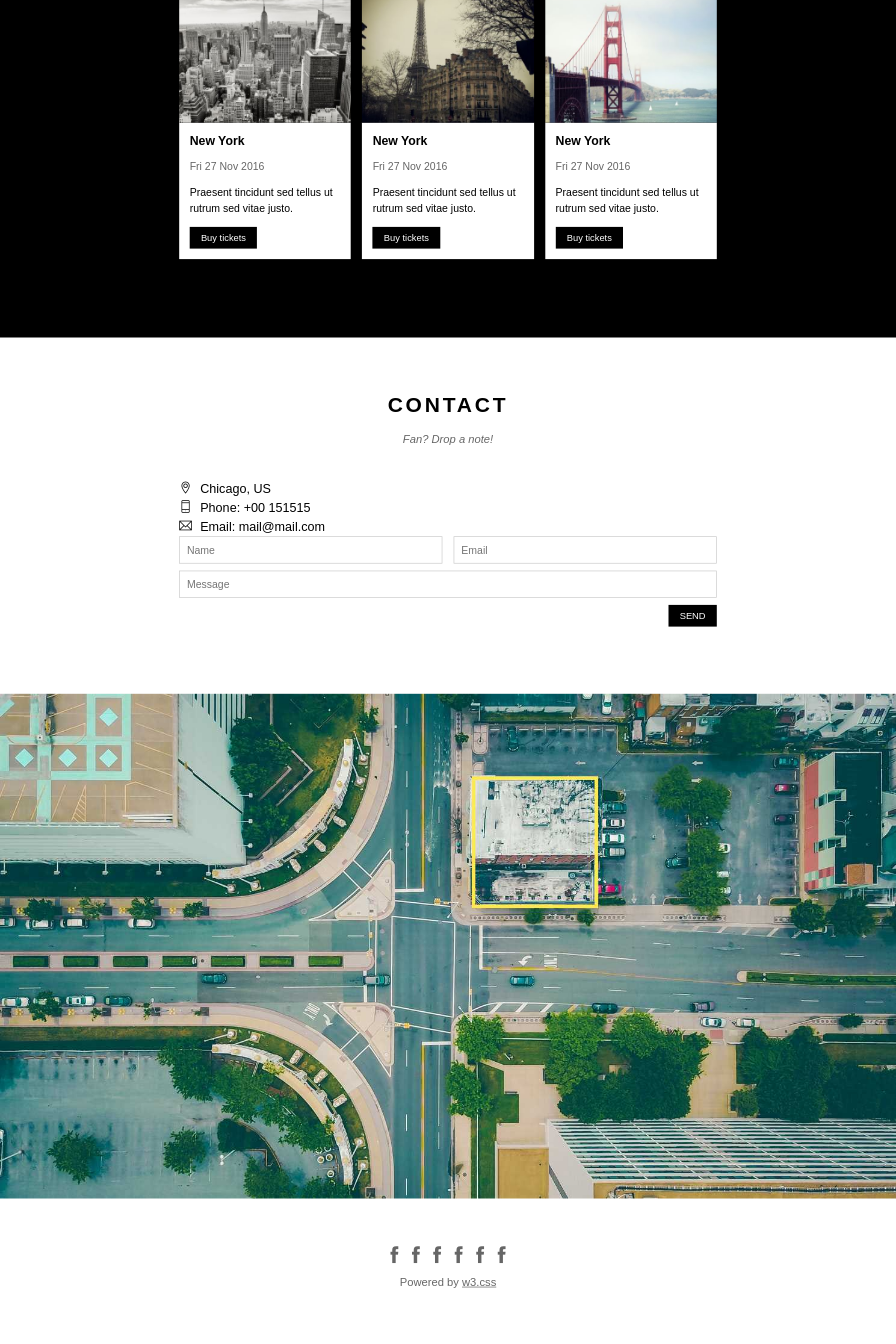
Repository: Bakyproit/the-Band
Page: index.html
The author's editor kept a copy of each file at every save. The page is drawn from the files as they stood at one save, then again after a run of saves.
The browser window is 1280 px wide. The pictures show the part of the page from y = 1683 to 3603 px (the page is 3603 px tall before and 3522 px after), at 70% of full size.

Above is the page before, as saved 2022-01-04 08:45:11.

After the next 2 saves:
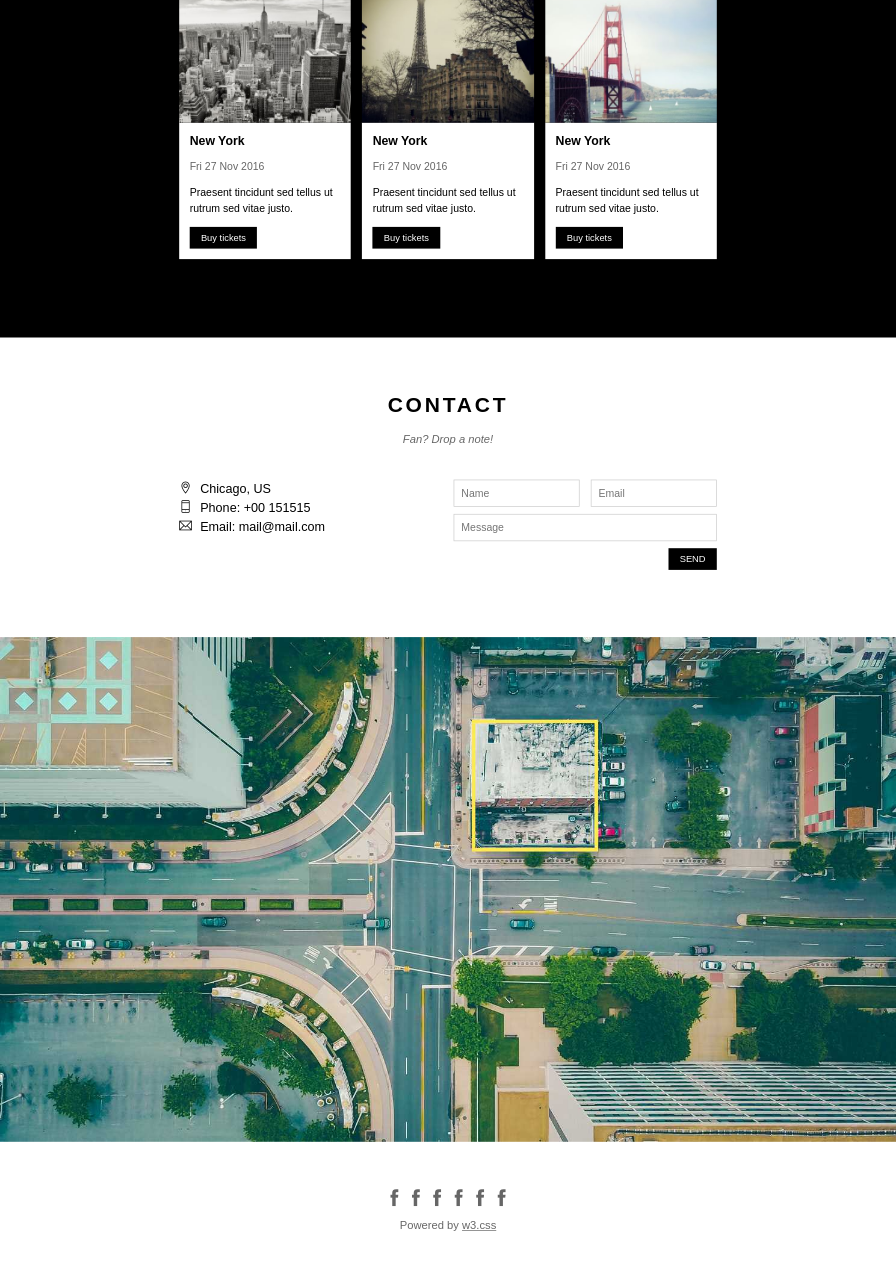
The 2 saves are shown as one change because they came seconds apart.
The last was saved 18 s later.
--- a/index.html
+++ b/index.html
@@ -138,12 +138,12 @@
                 <p class="section-sub-heading ">Fan? Drop a note!</p>
                 <!-- contact - content -->
                 <div class="row contact-content">
-                    <div class="col col-half col-full contact-info">
+                    <div class="col col-half s-col-full contact-info">
                         <p><i class="ti-location-pin"></i>Chicago, US</p>
                         <p><i class="ti-mobile"></i>Phone: +00 151515</p>
                         <p><i class="ti-email"></i>Email: mail@mail.com</p>
                     </div>
-                    <div class="col col-half col-full contact-form">
+                    <div class="col col-half s-col-full contact-form">
                         <form action="">
                             <div class="row flex contact-name-email">
                                 <div class="col col-half contact__input">
